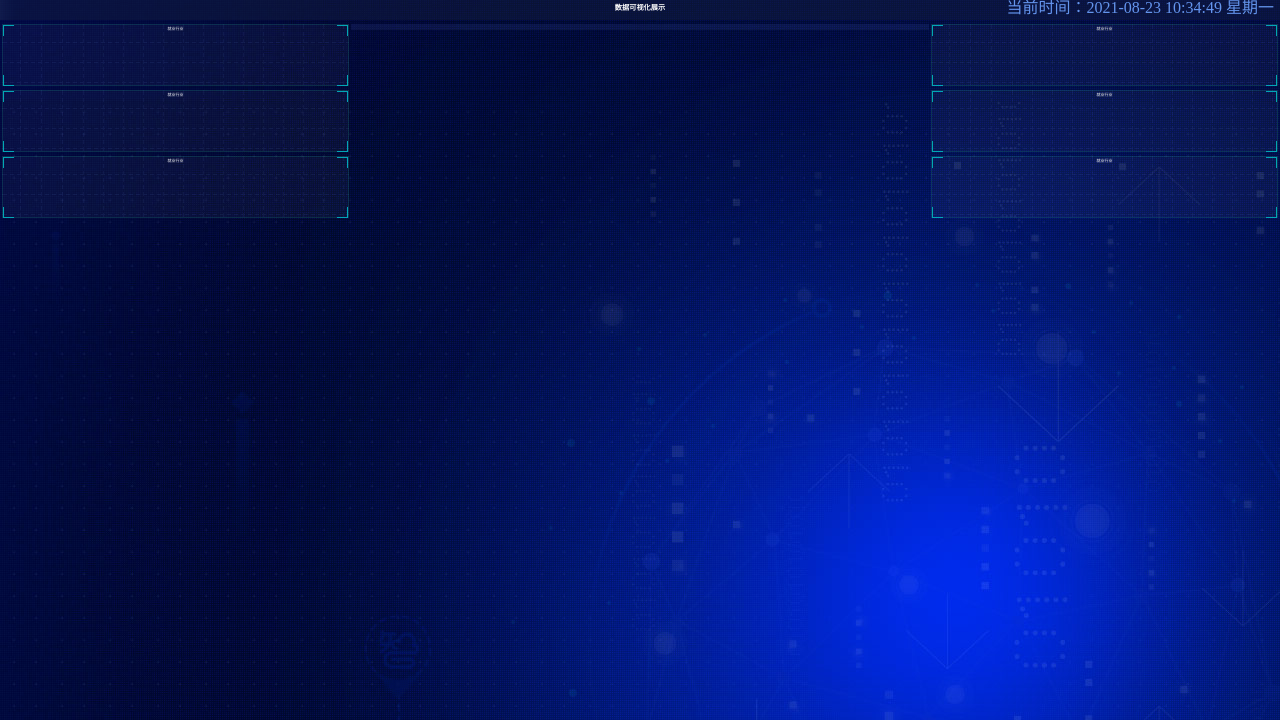
Repository: jiang-1990/DataVM
Page: /
These files come from the project's save history. The page is drawn as it stood at one moment and after the next save; the edit follows.
The browser window is 1280 px wide. The pictures show the whole page.
The project was rebuilt for these pictures with package versions that can differ from the ones it lists, and the page was loaded fresh each time.

Above is the page before, as saved 2021-08-23 15:25:03.

### index.html
<!DOCTYPE html>
<html>
  <head>
    <meta charset="utf-8">
    <meta name="viewport" content="width=device-width,initial-scale=1.0">
    <title>mydatam</title>
  </head>
  <body>
    <div id="app"></div>
    <!-- built files will be auto injected -->
  </body>
</html>

### src/App.vue
<template>
  <div id="app">
    <router-view/>
  </div>
</template>

<script>
export default {
  name: 'App'
}
</script>

<style>
body{
  margin: 0;
  padding: 0;
}
#app ,body,html{
  height: 100%;
  background-image: url('assets/bg.jpg') ;
  background-Repeat : 'no-repeat';
  background-Size : '100% 100%';
}
</style>

### src/router/index.js
import Vue from 'vue'
import Router from 'vue-router'
import bigScreen from '@/components/bigScreen'

Vue.use(Router)

export default new Router({
  routes: [
    {
      path: '/',
      name: 'bigScreen',
      component: bigScreen
    }
  ]
})

### src/components/bigScreen.vue
<template>
  <div>
    <div class="top">
      <h1>数据可视化展示</h1>
      <span class="time">当前时间：{{date | dateFormat}}</span>
    </div>
    <div class="mainBox">
      <div class="culonm">
        <div class="panl bar">
          <h2>就业行业</h2>
          <div class="chart"></div>
          <div class="zhuanjiao"></div>
        </div>

        <div class="panl line">
          <h2>就业行业</h2>
          <div class="chart"></div>
          <div class="zhuanjiao"></div>
        </div>

        <div class="panl pie">
          <h2>就业行业</h2>
          <div class="chart"></div>
          <div class="zhuanjiao"></div>
        </div>
      </div>
      <div class="culonm">
        <div class="num">

        </div>
        <div class="map"></div>
      </div>
      <div class="culonm">
        <div class="panl bar">
          <h2>就业行业</h2>
          <div class="chart"></div>
          <div class="zhuanjiao"></div>
        </div>

        <div class="panl line">
          <h2>就业行业</h2>
          <div class="chart"></div>
          <div class="zhuanjiao"></div>
        </div>

        <div class="panl pie">
          <h2>就业行业</h2>
          <div class="chart"></div>
          <div class="zhuanjiao"></div>
        </div>
      </div>
    </div>
    <!-- <div id="myChart" style="width:1920px; height: 400px;"></div> -->
  </div>
</template>

<script>
// 引入echarts
var echarts = require('echarts')
export default {
  data () {
    return {
      date: new Date(),//当前日期
    }
  },
  // 定义一个局部的过滤器，格式化当前时间
  filters: {
    dateFormat: (dateTime) => {
      var now = new Date(dateTime)
      var y = now.getFullYear()
      var m = (now.getMonth() + 1).toString().padStart(2, '0')
      var d = now.getDate().toString().padStart(2, '0')
      var hh = now.getHours().toString().padStart(2, '0')
      var mm = now.getMinutes().toString().padStart(2, '0')
      var ss = now.getSeconds().toString().padStart(2, '0')
      let week = now.getDay(); // 星期
      let weekArr = [ "星期日", "星期一", "星期二", "星期三", "星期四", "星期五", "星期六" ];
      // 过滤器中要有返回值
      return `${y}-${m}-${d} ${hh}:${mm}:${ss} ${weekArr[week]}`
    }
  },
  mounted(){
    //this.createchart()
    var _this = this;
    this.timer = setInterval(() => {
	    _this.date = new Date(); // 修改日期数据
    }, 1000);

  },
  created() {

  },
  methods:{
    // createchart(){
    //   var myChart = echarts.init(document.getElementById('myChart'))
    //   console.log(myChart)
    //   var option = {
    //         title:{
    //             text:'ECharts 数据统计'
    //         },
    //         tooltip:{},
    //         legend:{
    //             data:['用户来源']
    //         },
    //         xAxis:{
    //             data:["Android","IOS","PC","Ohter"]
    //         },
    //         yAxis:{

    //         },
    //         series:[{
    //             name:'访问量',
    //             type:'line',
    //             data:[500,200,360,100]
    //         }]
    //     };

    //     //使用制定的配置项和数据显示图表
    //     myChart.setOption(option);
    // },
  }
}
</script>

<style scoped>
@import '../css/bigScreen.css';
</style>

### src/css/bigScreen.css
* {
  margin: 0;
  padding: 0;
  box-sizing: border-box;
}
li {
  list-style-type: none;
}
.top {
  height: 1.25rem;
  background: url(../assets/head_bg.png) no-repeat;
  box-sizing: 100% 100%;
  position: relative;
}
.top h1 {
  font-size: 0.45rem;
  line-height: 1rem;
  color: #ffffff;
  text-align: center;
}
.top .time {
  line-height: 0.9375rem;
  position: absolute;
  right: 0.375rem;
  top: 0;
  color: cornflowerblue;
}
.mainBox {
  min-width: 1024px;
  max-width: 1920px;
  margin: 0 auto;
  display: flex;
  padding: 0.25rem 0.125rem 0;
}
.mainBox .culonm {
  flex: 3;
}
.mainBox .culonm:nth-child(2) {
  flex: 5;
  margin: 0 0.125rem 0.1875rem;
}
.mainBox .panl {
  position: relative;
  height: 3.875rem;
  border: 0.0125rem solid rgba(25, 186, 139, 0.17);
  background: url(../assets/line.png) rgba(255, 255, 255, 0.03);
  padding: 0 0.1875rem 0.25rem;
  margin-bottom: 0.25rem;
}
.mainBox .panl::before {
  position: absolute;
  top: 0;
  left: 0;
  width: 10px;
  height: 10px;
  border-left: 1px solid #02a6b5;
  border-top: 1px solid #02a6b5;
  content: "";
}
.mainBox .panl::after {
  position: absolute;
  top: 0;
  right: 0;
  width: 10px;
  height: 10px;
  border-right: 1px solid #02a6b5;
  border-top: 1px solid #02a6b5;
  content: "";
}
.mainBox .panl .zhuanjiao {
  width: 100%;
  height: 10px;
  position: absolute;
  bottom: 0px;
  left: 0;
}
.mainBox .panl .zhuanjiao::before {
  position: absolute;
  top: 0;
  left: 0;
  width: 10px;
  height: 10px;
  border-left: 1px solid #02a6b5;
  border-bottom: 1px solid #02a6b5;
  content: "";
}
.mainBox .panl .zhuanjiao::after {
  position: absolute;
  top: 0;
  right: 0;
  width: 10px;
  height: 10px;
  border-right: 1px solid #02a6b5;
  border-bottom: 1px solid #02a6b5;
  content: "";
}
.mainBox .panl h2 {
  font-size: 0.25rem;
  color: #ffffff;
  line-height: 0.5rem;
  text-align: center;
  height: 0.5rem;
  font-weight: 400;
}
.mainBox .panl .chart {
  height: 3.25rem;
}
.mainBox .num {
  background: rgba(101, 132, 226, 0.1);
  padding: 0.1875rem;
}
.mainBox .num .num-hd {
  position: relative;
  margin: 0.125rem;
  border: 1px solid rgba(25, 186, 139, 0.17);
}
.mainBox .num .num-hd::before {
  position: absolute;
  top: 0;
  left: 0;
  width: 10px;
  height: 10px;
  border-left: 1px solid #02a6b5;
  border-top: 1px solid #02a6b5;
  content: "";
}
.mainBox .num .num-hd::after {
  position: absolute;
  bottom: 0;
  right: 0;
  width: 10px;
  height: 10px;
  border-right: 1px solid #02a6b5;
  border-bottom: 1px solid #02a6b5;
  content: "";
}
.mainBox .num .num-hd ul {
  display: flex;
}
.mainBox .num .num-hd ul li {
  flex: 1;
  line-height: 1rem;
  font-size: 0.875rem;
  color: #ffeb7b;
  text-align: center;
  font-family: electronicFont;
}
.mainBox .num .num-hd ul li:nth-child(1) {
  position: relative;
}
.mainBox .num .num-hd ul li:nth-child(1)::after {
  position: absolute;
  top: 25%;
  right: 0;
  height: 50%;
  border-right: 1px solid #02a6b5;
  content: "";
}
.mainBox .num .num-bd {
  position: relative;
}
.mainBox .num .num-bd ul {
  display: flex;
}
.mainBox .num .num-bd ul li {
  flex: 1;
  line-height: 0.5rem;
  font-size: 0.225rem;
  color: rgba(255, 255, 255, 0.7);
  text-align: center;
}
.mainBox .map {
  height: 10.125rem;
  position: relative;
}
.mainBox .map .map1 {
  width: 6.475rem;
  height: 6.475rem;
  position: absolute;
  top: 50%;
  left: 50%;
  transform: translate(-50%, -50%);
  background: url(../assets/map.png);
  background-size: 100% 100%;
  opacity: 0.3;
}
.mainBox .map .map2 {
  width: 8.0375rem;
  height: 8.0375rem;
  position: absolute;
  top: 50%;
  left: 50%;
  transform: translate(-50%, -50%);
  background: url(../assets/lbx.png);
  background-size: 100% 100%;
  animation: rotatel1 20s linear infinite;
  opacity: 0.6;
}
@keyframes rotatel1 {
  from {
    transform: translate(-50%, -50%) rotate(0deg);
  }
  to {
    transform: translate(-50%, -50%) rotate(360deg);
  }
}
.mainBox .map .map3 {
  width: 7.075rem;
  height: 7.075rem;
  position: absolute;
  top: 50%;
  left: 50%;
  transform: translate(-50%, -50%);
  background: url(../assets/jt.png);
  background-size: 100% 100%;
  animation: rotatel2 15s linear infinite;
  opacity: 0.6;
}
@keyframes rotatel2 {
  from {
    transform: translate(-50%, -50%) rotate(0deg);
  }
  to {
    transform: translate(-50%, -50%) rotate(-360deg);
  }
}
.mainBox .map .chart {
  height: 10.125rem;
}

Loaded but not shown: src/main.js (common file)

After the next save:
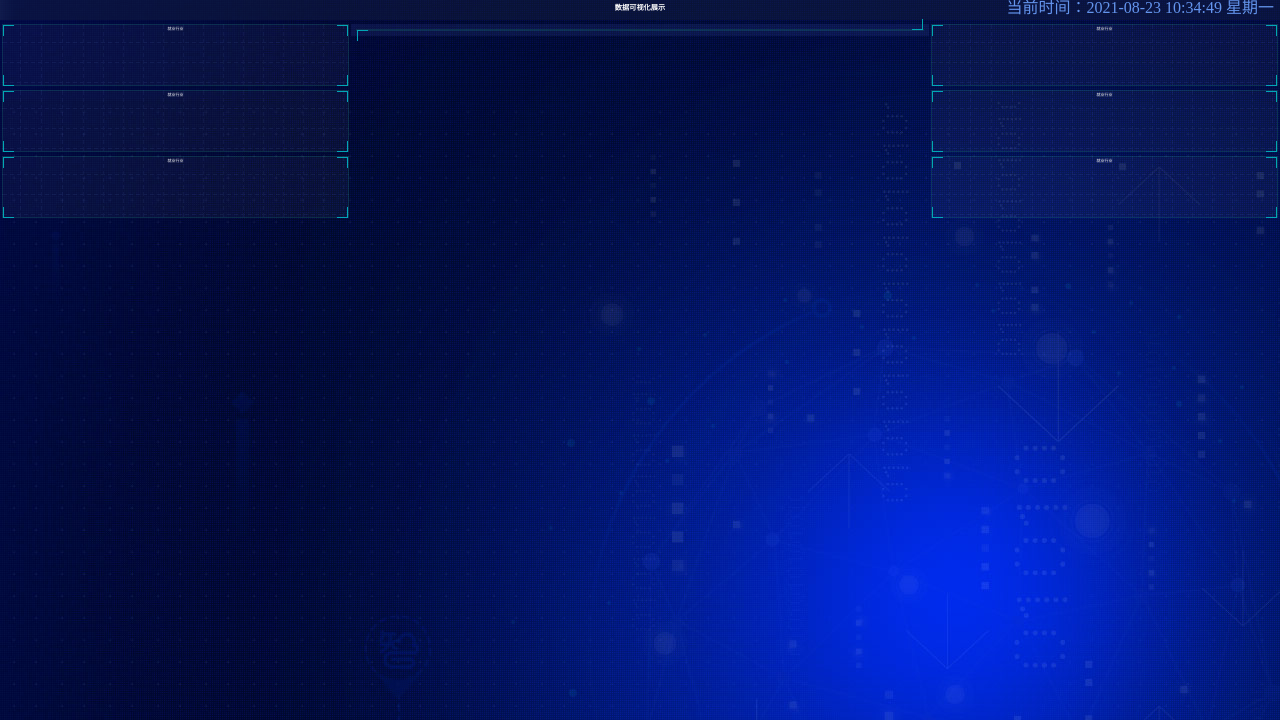
Saved 107 s later.
--- a/src/components/bigScreen.vue
+++ b/src/components/bigScreen.vue
@@ -26,7 +26,8 @@
       </div>
       <div class="culonm">
         <div class="num">
-
+          <div class="num-hd"></div>
+          <div class="num-bd"></div>
         </div>
         <div class="map"></div>
       </div>
